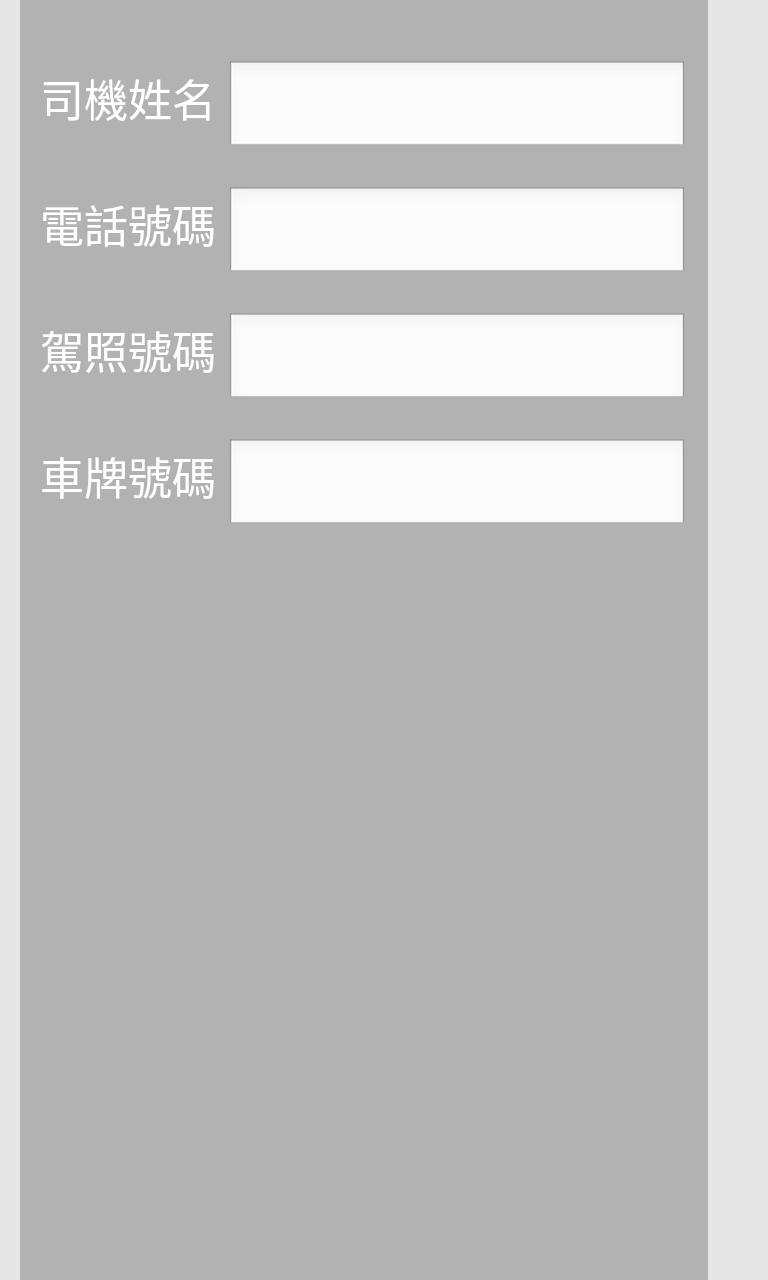
Repository: chsien/MrTaxi_Driver
Layout: MrTaxiDriver/res/layout/sum.xml
An editor plug-in stored every save of this project. The layout is shown before and after the next save, followed by the edit.
It is drawn on a 768 x 1280 px phone screen (xhdpi) without system bars, with theme android:Theme; the app's code is not run.

Above is the layout before, as saved 2012-06-22 13:20:01.

After the next save:
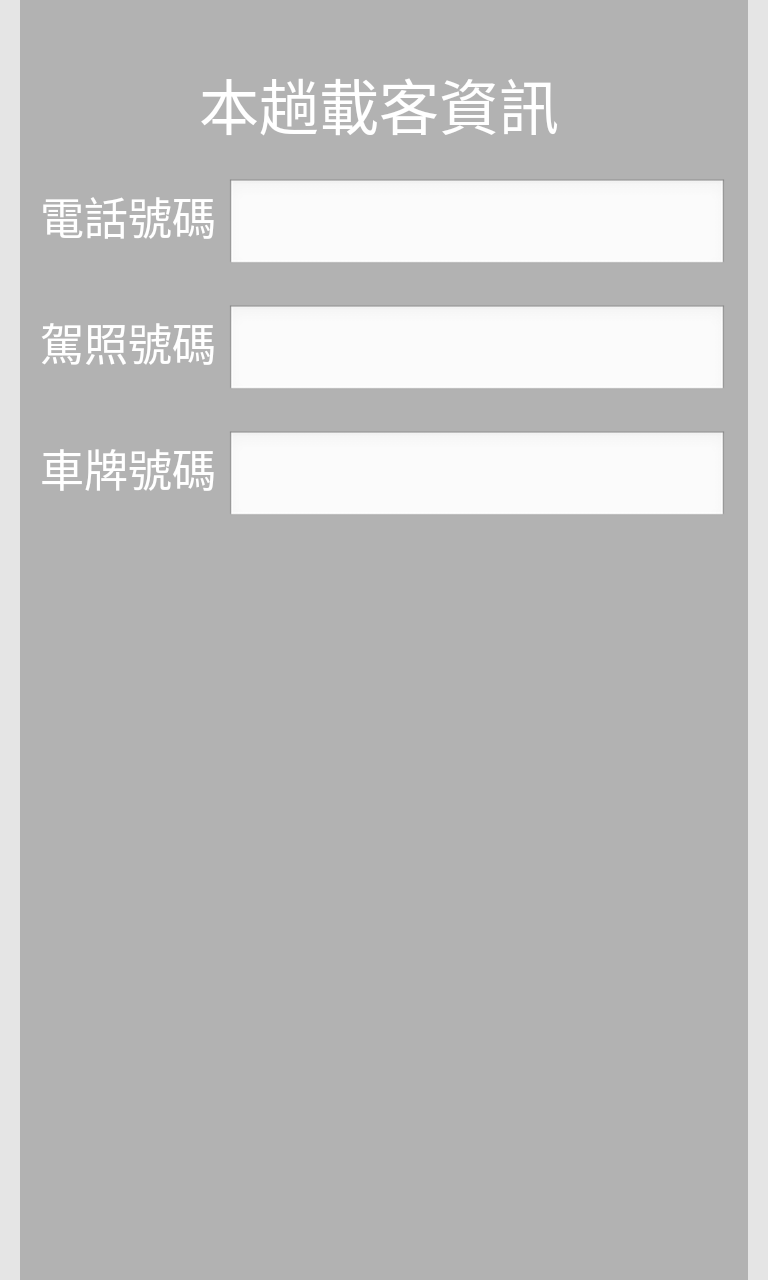
Saved 6 min 41 s later.
--- a/MrTaxiDriver/res/layout/sum.xml
+++ b/MrTaxiDriver/res/layout/sum.xml
@@ -15,7 +15,7 @@
 	        android:layout_width="match_parent"
 	        android:layout_height="match_parent"
 	        android:layout_marginLeft="10dp"
-	        android:layout_marginRight="30dp"
+	        android:layout_marginRight="10dp"
 	        android:background="#ffb2b2b2"
 	        android:orientation="vertical" >
 
@@ -26,6 +26,7 @@
 	            android:layout_marginRight="10dp"
 	            android:layout_marginTop="30dp"
 	            android:layout_marginBottom="10dp"
+	            android:gravity="center"
 	            android:layout_weight="0" >
 
 	            <TextView
@@ -33,17 +34,9 @@
 	                android:layout_width="wrap_content"
 	                android:layout_height="wrap_content"
 	                android:layout_marginRight="5dp"
-	                android:text="@string/register_textViewContent_name"
+	                android:text="本趟載客資訊"
+	                android:textSize="30dp"
 	                android:textAppearance="?android:attr/textAppearanceLarge" />
-
-	            <EditText
-	                android:id="@+id/editText_name"
-	                android:layout_width="match_parent"
-	                android:layout_height="wrap_content"
-	                android:ems="10"
-	                android:inputType="textPersonName"
-	                android:text=""
-	                android:maxLines="1" />
 	        </LinearLayout>
 
 	        <LinearLayout
